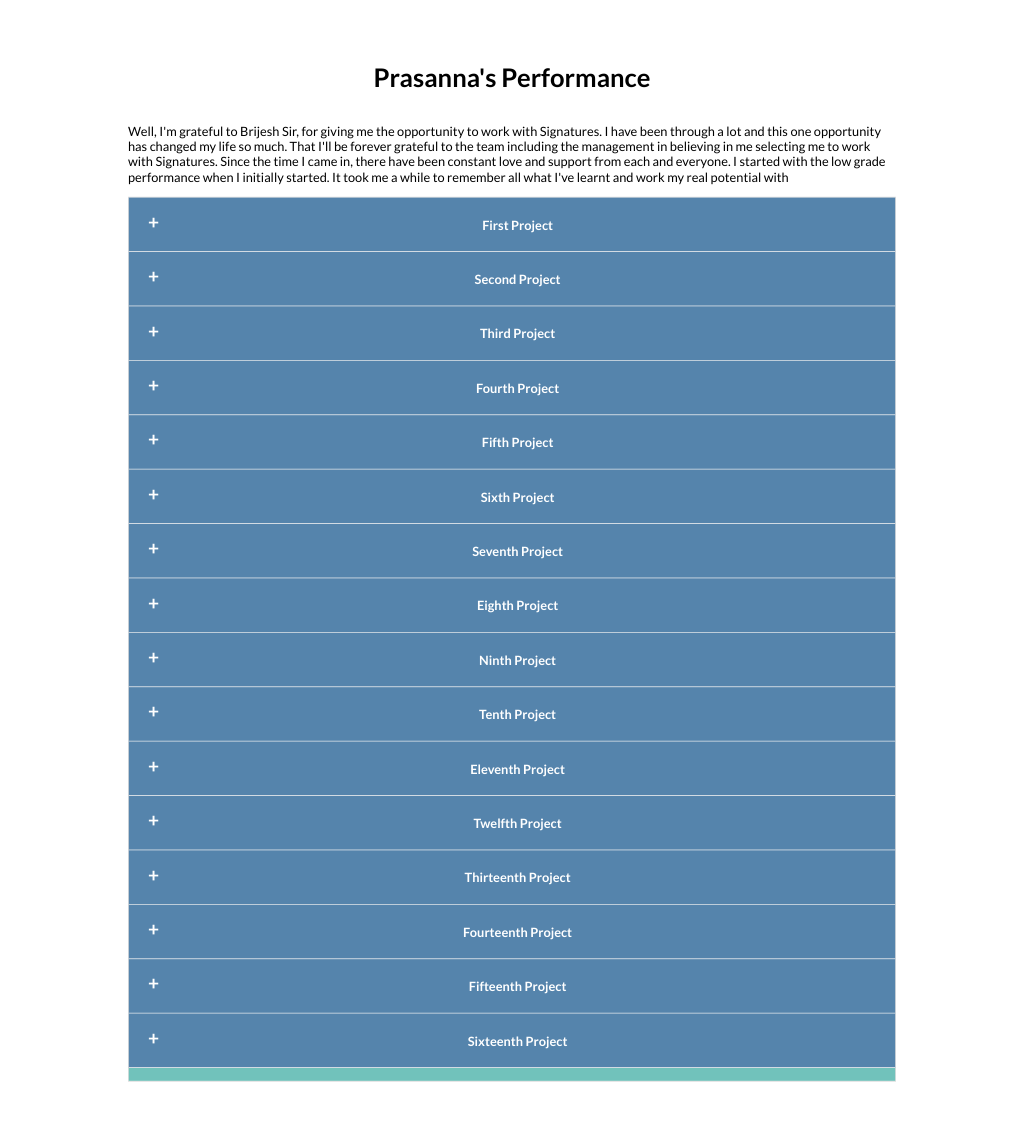
Repository: Imprasna/personalperform
Page: index.html
These files come from the project's save history. The page is drawn as it stood at one moment and after the next save; the edit follows.
The browser window is 1280 px wide. The pictures show the whole page, at 80% of full size.
The style sheet was rebuilt from its Sass, Less or Tailwind sources for each picture, by a compiler version that may differ from the author's.

Above is the page before, as saved 2021-12-30 22:59:05.

### index.html
<!DOCTYPE html>
<html lang="en">

<head>
    <meta charset="UTF-8">
    <meta http-equiv="X-UA-Compatible" content="IE=edge">
    <meta name="viewport" content="width=device-width, initial-scale=1.0">
    <link rel="stylesheet" href="css/accordion.css">
    <title>Prasanna's Performance Tests</title>
</head>

<body>
    <div class="container">
        <h1 class="heading-primary">Prasanna's Performance</h1>
        <p>Well, I'm grateful to Brijesh Sir, for giving me the opportunity to work with Signatures. I have been through a lot and this one opportunity has changed my life so much. That I'll be forever grateful to the team including the management in believing in me selecting me to work with Signatures. Since the time I came in, there have been constant love and support from each and everyone. I started with the low grade performance when I initially started. It took me a while to remember all what I've learnt and work my real potential with </p>
        <div class="accordion">
            <dl>
                <dt>
                    <a href="#accordion1" aria-expanded="false" aria-controls="accordion1"
                        class="accordion-title accordionTitle js-accordionTrigger">First Project</a>
                </dt>
                <dd class="accordion-content accordionItem is-collapsed" id="accordion1" aria-hidden="true">
                    <p>Project Name : Gedee Public School.</p>
                    <p>No. of Days: 6 Months.</p>
                    <p>ToolS Used: HTML / CSS / JavaScript.</p>
                    <p>The time I joined the Company, this has been the first project that has been handed to me. Since I had no touch to whatever I learnt previously. It took me nearly 6 months and also due to the delay of contents from the client it took me so long in getting this project completed.
                    </p>
                </dd>
                <dt>
                    <a href="#accordion2" aria-expanded="false" aria-controls="accordion2"
                        class="accordion-title accordionTitle js-accordionTrigger">
                        Second Project</a>
                </dt>
                <dd class="accordion-content accordionItem is-collapsed" id="accordion2" aria-hidden="true">
                    <p>Project Name : Signatures.</p>
                    <p>No. of Days: 18 Days.</p>
                    <p>ToolS Used: Webflow.</p>
                    <p>The time I joined the Company, this has been the first project that has been handed to me. Since I had no touch to whatever I learnt previously. It took me nearly 6 months and also due to the delay of contents from the client it took me so long in getting this project completed.
                    </p>
                </dd>

                <dt>
                    <a href="#accordion3" aria-expanded="false" aria-controls="accordion3"
                        class="accordion-title accordionTitle js-accordionTrigger">
                        Third Project
                    </a>
                </dt>
                <dd class="accordion-content accordionItem is-collapsed" id="accordion3" aria-hidden="true">
                    <p>Project Name : CMK.</p>
                    <p>No. of Days: 2 Weeks.</p>
                    <p>ToolS Used: Wordpress.</p>
                    <p>The time I joined the Company, this has been the first project that has been handed to me. Since I had no touch to whatever I learnt previously. It took me nearly 6 months and also due to the delay of contents from the client it took me so long in getting this project completed.
                    </p>
                </dd>

                <dt>
                    <a href="#accordion3" aria-expanded="false" aria-controls="accordion3"
                        class="accordion-title accordionTitle js-accordionTrigger">
                        Fourth Project
                    </a>
                </dt>
                <dd class="accordion-content accordionItem is-collapsed" id="accordion3" aria-hidden="true">
                    <p>Project Name : Triniva.</p>
                    <p>No. of Days: 10 Days.</p>
                    <p>ToolS Used: Wordpress.</p>
                    <p>The time I joined the Company, this has been the first project that has been handed to me. Since I had no touch to whatever I learnt previously. It took me nearly 6 months and also due to the delay of contents from the client it took me so long in getting this project completed.
                    </p>
                </dd>

                <dt>
                    <a href="#accordion3" aria-expanded="false" aria-controls="accordion3"
                        class="accordion-title accordionTitle js-accordionTrigger">
                        Fifth Project
                    </a>
                </dt>
                <dd class="accordion-content accordionItem is-collapsed" id="accordion3" aria-hidden="true">
                    <p>Project Name : CACPL - Landing.</p>
                    <p>No. of Days: Half-a-day.</p>
                    <p>ToolS Used: Wordpress.</p>
                    <p>The time I joined the Company, this has been the first project that has been handed to me. Since I had no touch to whatever I learnt previously. It took me nearly 6 months and also due to the delay of contents from the client it took me so long in getting this project completed.
                    </p>
                </dd>

                <dt>
                    <a href="#accordion3" aria-expanded="false" aria-controls="accordion3"
                        class="accordion-title accordionTitle js-accordionTrigger">
                        Sixth Project
                    </a>
                </dt>
                <dd class="accordion-content accordionItem is-collapsed" id="accordion3" aria-hidden="true">
                    <p>Project Name : CACPL.</p>
                    <p>No. of Days: 2 Days.</p>
                    <p>ToolS Used: Wordpress.</p>
                    <p>The time I joined the Company, this has been the first project that has been handed to me. Since I had no touch to whatever I learnt previously. It took me nearly 6 months and also due to the delay of contents from the client it took me so long in getting this project completed.
                    </p>
                </dd>

                <dt>
                    <a href="#accordion3" aria-expanded="false" aria-controls="accordion3"
                        class="accordion-title accordionTitle js-accordionTrigger">
                        Seventh Project
                    </a>
                </dt>
                <dd class="accordion-content accordionItem is-collapsed" id="accordion3" aria-hidden="true">
                    <p>Project Name : Consolidated One.</p>
                    <p>No. of Days: 4 Days.</p>
                    <p>ToolS Used: HTML / CSS / JavaScript.</p>
                    <p>The time I joined the Company, this has been the first project that has been handed to me. Since I had no touch to whatever I learnt previously. It took me nearly 6 months and also due to the delay of contents from the client it took me so long in getting this project completed.
                    </p>
                </dd>

                <dt>
                    <a href="#accordion3" aria-expanded="false" aria-controls="accordion3"
                        class="accordion-title accordionTitle js-accordionTrigger">
                        Eighth Project
                    </a>
                </dt>
                <dd class="accordion-content accordionItem is-collapsed" id="accordion3" aria-hidden="true">
                    <p>Project Name : Atlas Pain Care.</p>
                    <p>No. of Days: 5 Days.</p>
                    <p>ToolS Used: Wordpress.</p>
                    <p>The time I joined the Company, this has been the first project that has been handed to me. Since I had no touch to whatever I learnt previously. It took me nearly 6 months and also due to the delay of contents from the client it took me so long in getting this project completed.
                    </p>
                </dd>

                <dt>
                    <a href="#accordion3" aria-expanded="false" aria-controls="accordion3"
                        class="accordion-title accordionTitle js-accordionTrigger">
                        Ninth Project
                    </a>
                </dt>
                <dd class="accordion-content accordionItem is-collapsed" id="accordion3" aria-hidden="true">
                    <p>Project Name : LMW MTD.</p>
                    <p>No. of Days: 5 Days.</p>
                    <p>ToolS Used: HTML / CSS / JavaScript.</p>
                    <p>The time I joined the Company, this has been the first project that has been handed to me. Since I had no touch to whatever I learnt previously. It took me nearly 6 months and also due to the delay of contents from the client it took me so long in getting this project completed.
                    </p>
                </dd>

                <dt>
                    <a href="#accordion3" aria-expanded="false" aria-controls="accordion3"
                        class="accordion-title accordionTitle js-accordionTrigger">
                        Tenth Project
                    </a>
                </dt>
                <dd class="accordion-content accordionItem is-collapsed" id="accordion3" aria-hidden="true">
                    <p>Project Name : Lobien.</p>
                    <p>No. of Days: 3 Days.</p>
                    <p>ToolS Used: HTML / CSS / JavaScript.</p>
                    <p>The time I joined the Company, this has been the first project that has been handed to me. Since I had no touch to whatever I learnt previously. It took me nearly 6 months and also due to the delay of contents from the client it took me so long in getting this project completed.
                    </p>
                </dd>

                <dt>
                    <a href="#accordion3" aria-expanded="false" aria-controls="accordion3"
                        class="accordion-title accordionTitle js-accordionTrigger">
                        Eleventh Project
                    </a>
                </dt>
                <dd class="accordion-content accordionItem is-collapsed" id="accordion3" aria-hidden="true">
                    <p>Project Name : AJK Nursing Landing.</p>
                    <p>No. of Days: 3 Hours.</p>
                    <p>ToolS Used: HTML / CSS / JavaScript.</p>
                    <p>The time I joined the Company, this has been the first project that has been handed to me. Since I had no touch to whatever I learnt previously. It took me nearly 6 months and also due to the delay of contents from the client it took me so long in getting this project completed.
                    </p>
                </dd>

                <dt>
                    <a href="#accordion3" aria-expanded="false" aria-controls="accordion3"
                        class="accordion-title accordionTitle js-accordionTrigger">
                        Twelfth Project
                    </a>
                </dt>
                <dd class="accordion-content accordionItem is-collapsed" id="accordion3" aria-hidden="true">
                    <p>Project Name : Fenzgard.</p>
                    <p>No. of Days: 2 Days.</p>
                    <p>ToolS Used: HTML / CSS / JavaScript.</p>
                    <p>The time I joined the Company, this has been the first project that has been handed to me. Since I had no touch to whatever I learnt previously. It took me nearly 6 months and also due to the delay of contents from the client it took me so long in getting this project completed.
                    </p>
                </dd>

                <dt>
                    <a href="#accordion3" aria-expanded="false" aria-controls="accordion3"
                        class="accordion-title accordionTitle js-accordionTrigger">
                        Thirteenth Project
                    </a>
                </dt>
                <dd class="accordion-content accordionItem is-collapsed" id="accordion3" aria-hidden="true">
                    <p>Project Name : Ethinic.</p>
                    <p>No. of Days: 3 Days.</p>
                    <p>ToolS Used: HTML / CSS / JavaScript / Wordpress.</p>
                    <p>The time I joined the Company, this has been the first project that has been handed to me. Since I had no touch to whatever I learnt previously. It took me nearly 6 months and also due to the delay of contents from the client it took me so long in getting this project completed.
                    </p>
                </dd>

                <dt>
                    <a href="#accordion3" aria-expanded="false" aria-controls="accordion3"
                        class="accordion-title accordionTitle js-accordionTrigger">
                        Fourteenth Project
                    </a>
                </dt>
                <dd class="accordion-content accordionItem is-collapsed" id="accordion3" aria-hidden="true">
                    <p>Project Name : Bio-enercon.</p>
                    <p>No. of Days: 4 Days.</p>
                    <p>ToolS Used: HTML / CSS / JavaScript.</p>
                    <p>The time I joined the Company, this has been the first project that has been handed to me. Since I had no touch to whatever I learnt previously. It took me nearly 6 months and also due to the delay of contents from the client it took me so long in getting this project completed.
                    </p>
                </dd>

                <dt>
                    <a href="#accordion3" aria-expanded="false" aria-controls="accordion3"
                        class="accordion-title accordionTitle js-accordionTrigger">
                        Fifteenth Project
                    </a>
                </dt>
                <dd class="accordion-content accordionItem is-collapsed" id="accordion3" aria-hidden="true">
                    <p>Project Name : Suguna Groups.</p>
                    <p>No. of Days: 2 Days.</p>
                    <p>ToolS Used: HTML / CSS / JavaScript.</p>
                    <p>The time I joined the Company, this has been the first project that has been handed to me. Since I had no touch to whatever I learnt previously. It took me nearly 6 months and also due to the delay of contents from the client it took me so long in getting this project completed.
                    </p>
                </dd>

                <dt>
                    <a href="#accordion3" aria-expanded="false" aria-controls="accordion3"
                        class="accordion-title accordionTitle js-accordionTrigger">
                        Sixteenth Project
                    </a>
                </dt>
                <dd class="accordion-content accordionItem is-collapsed" id="accordion3" aria-hidden="true">
                    <p>Project Name : Sarvvam.</p>
                    <p>No. of Days: 2 Days (On Progress).</p>
                    <p>ToolS Used: HTML / CSS / JavaScript.</p>
                    <p>The time I joined the Company, this has been the first project that has been handed to me. Since I had no touch to whatever I learnt previously. It took me nearly 6 months and also due to the delay of contents from the client it took me so long in getting this project completed.
                    </p>
                </dd>

            </dl>
        </div>
    </div>

    <script src="app.js"></script>
</body>

</html>

### app.js
//uses classList, setAttribute, and querySelectorAll
//if you want this to work in IE8/9 youll need to polyfill these
(function(){
	var d = document,
	accordionToggles = d.querySelectorAll('.js-accordionTrigger'),
	setAria,
	setAccordionAria,
	switchAccordion,
  touchSupported = ('ontouchstart' in window),
  pointerSupported = ('pointerdown' in window);

  skipClickDelay = function(e){
    e.preventDefault();
    e.target.click();
  }

		setAriaAttr = function(el, ariaType, newProperty){
		el.setAttribute(ariaType, newProperty);
	};
	setAccordionAria = function(el1, el2, expanded){
		switch(expanded) {
      case "true":
      	setAriaAttr(el1, 'aria-expanded', 'true');
      	setAriaAttr(el2, 'aria-hidden', 'false');
      	break;
      case "false":
      	setAriaAttr(el1, 'aria-expanded', 'false');
      	setAriaAttr(el2, 'aria-hidden', 'true');
      	break;
      default:
				break;
		}
	};
//function
switchAccordion = function(e) {
  console.log("triggered");
	e.preventDefault();
	var thisAnswer = e.target.parentNode.nextElementSibling;
	var thisQuestion = e.target;
	if(thisAnswer.classList.contains('is-collapsed')) {
		setAccordionAria(thisQuestion, thisAnswer, 'true');
	} else {
		setAccordionAria(thisQuestion, thisAnswer, 'false');
	}
  	thisQuestion.classList.toggle('is-collapsed');
  	thisQuestion.classList.toggle('is-expanded');
		thisAnswer.classList.toggle('is-collapsed');
		thisAnswer.classList.toggle('is-expanded');

  	thisAnswer.classList.toggle('animateIn');
	};
	for (var i=0,len=accordionToggles.length; i<len; i++) {
		if(touchSupported) {
      accordionToggles[i].addEventListener('touchstart', skipClickDelay, false);
    }
    if(pointerSupported){
      accordionToggles[i].addEventListener('pointerdown', skipClickDelay, false);
    }
    accordionToggles[i].addEventListener('click', switchAccordion, false);
  }
})();

### accordion.scss

//updated ver
* {
    box-sizing:border-box;
  }
  @import url(https://fonts.googleapis.com/css?family=Lato:400,700);
  body {

    font-family:'Lato';
  }
  .heading-primary {
    font-size:2em;
    padding:1rem 0;
    text-align:center;
  }
  .accordion dl,
  .accordion-list {
     border:1px solid #ddd;
     &:after {
         content: "";
         display:block;
         height:1em;
         width:100%;
         background-color:darken(#95D1CC, 10%);
       }
  }
  .accordion dd,
  .accordion__panel {
     background-color:#eee;
     font-size:1em;
     line-height:1.5em;
     height: auto;
  }
  .accordion p {
    padding: .2rem;
  }

  .accordion {
      position:relative;
      background-color:#eee;
  }
  .container {
    max-width:960px;
    margin:0 auto;
    padding:2em 0 2em 0;
  }
  .accordionTitle,
  .accordion__Heading {
   background-color:#5584AC;
     text-align:center;
       font-weight:700;
            padding:1.5rem;
            display:block;
            text-decoration:none;
            color:#fff;
            transition:background-color 0.5s ease-in-out;
    border-bottom:1px solid darken(#fff, 5%);
    &:before {
     content: "+";
     font-size:1.5em;
     line-height:0.5em;
     float:left;
     transition: transform 0.3s ease-in-out;
    }
    &:hover {
      background-color:darken(#22577E, 10%);
    }
  }
  .accordionTitleActive,
  .accordionTitle.is-expanded {
     background-color:darken(#22577E, 10%);
     border-bottom:1px solid darken(#22577E, 5%);
      &:before {

        transform:rotate(-225deg);
      }
  }
  .accordionItem {
      height:auto;
      overflow:hidden;
      //SHAME: magic number to allow the accordion to animate

       max-height:50em;
      transition:max-height 1s;


      @media screen and (min-width:48em) {
           max-height:20em;
          transition:max-height 0.5s

      }


  }

  .accordionItem.is-collapsed {
      max-height:0;
  }
  .no-js .accordionItem.is-collapsed {
    max-height: auto;
  }
  .animateIn {
       animation: accordionIn 0.45s normal ease-in-out both 1;
  }
  .animateOut {
       animation: accordionOut 0.45s alternate ease-in-out both 1;
  }
  @keyframes accordionIn {
    0% {
      opacity: 0;
      transform:scale(0.9) rotateX(-60deg);
      transform-origin: 50% 0;
    }
    100% {
      opacity:1;
      transform:scale(1);
    }
  }

  @keyframes accordionOut {
      0% {
         opacity: 1;
         transform:scale(1);
       }
       100% {
            opacity:0;
             transform:scale(0.9) rotateX(-60deg);
         }
  }

After the next save:
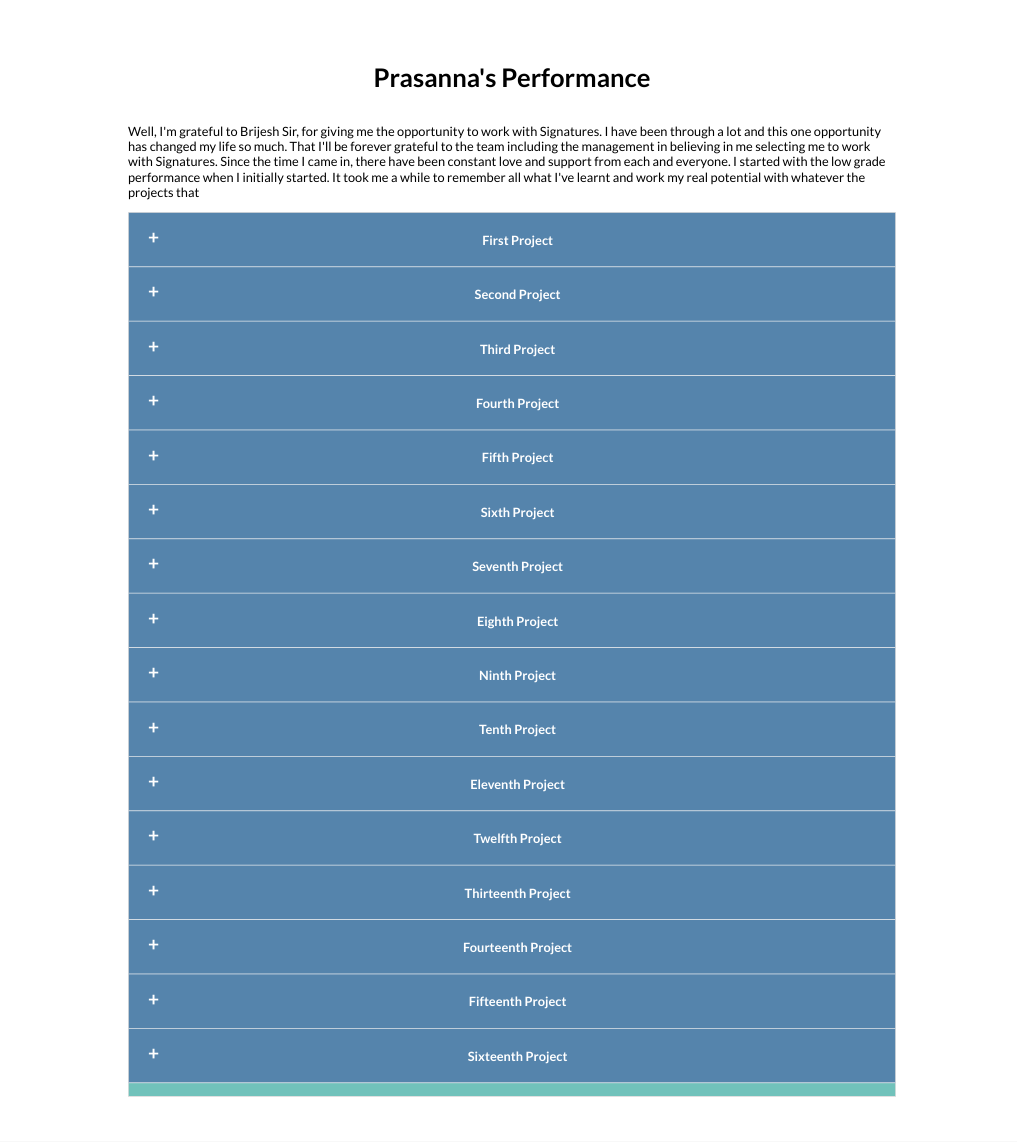
Saved 13 s later.
--- a/index.html
+++ b/index.html
@@ -12,7 +12,7 @@
 <body>
     <div class="container">
         <h1 class="heading-primary">Prasanna's Performance</h1>
-        <p>Well, I'm grateful to Brijesh Sir, for giving me the opportunity to work with Signatures. I have been through a lot and this one opportunity has changed my life so much. That I'll be forever grateful to the team including the management in believing in me selecting me to work with Signatures. Since the time I came in, there have been constant love and support from each and everyone. I started with the low grade performance when I initially started. It took me a while to remember all what I've learnt and work my real potential with </p>
+        <p>Well, I'm grateful to Brijesh Sir, for giving me the opportunity to work with Signatures. I have been through a lot and this one opportunity has changed my life so much. That I'll be forever grateful to the team including the management in believing in me selecting me to work with Signatures. Since the time I came in, there have been constant love and support from each and everyone. I started with the low grade performance when I initially started. It took me a while to remember all what I've learnt and work my real potential with whatever the projects that </p>
         <div class="accordion">
             <dl>
                 <dt>
